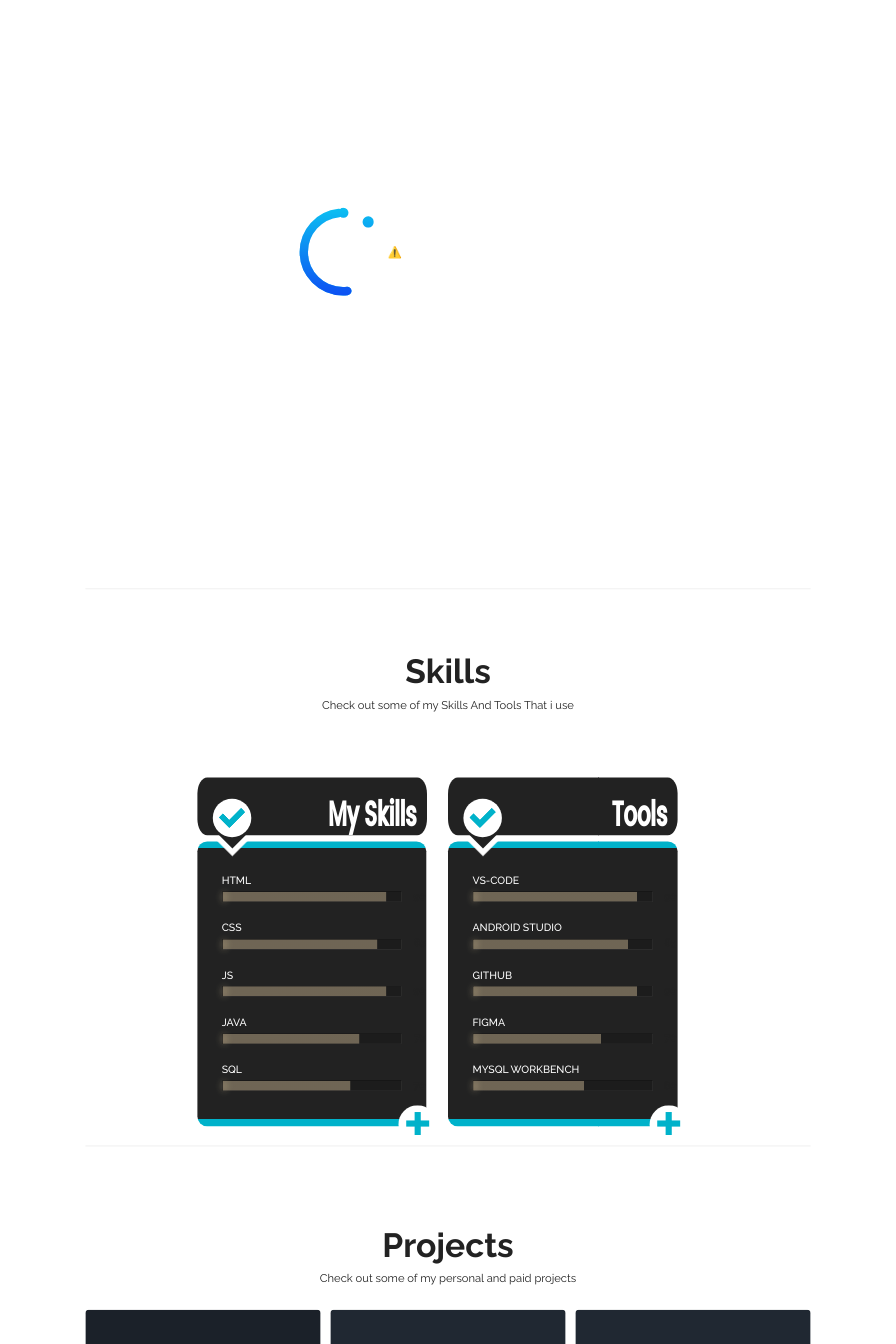
Repository: rahimmenadi/My-Website
Page: index.html
The author's editor kept a copy of each file at every save. The page is drawn from the files as they stood at one save, then again after the next save.
The browser window is 1280 px wide. The pictures show the part of the page from y = 0 to 1920 px (the page is 2803 px tall), at 70% of full size.
The page's requests for data from a server got no answer.

Above is the page before, as saved 2023-06-24 01:45:22.

After the next save:
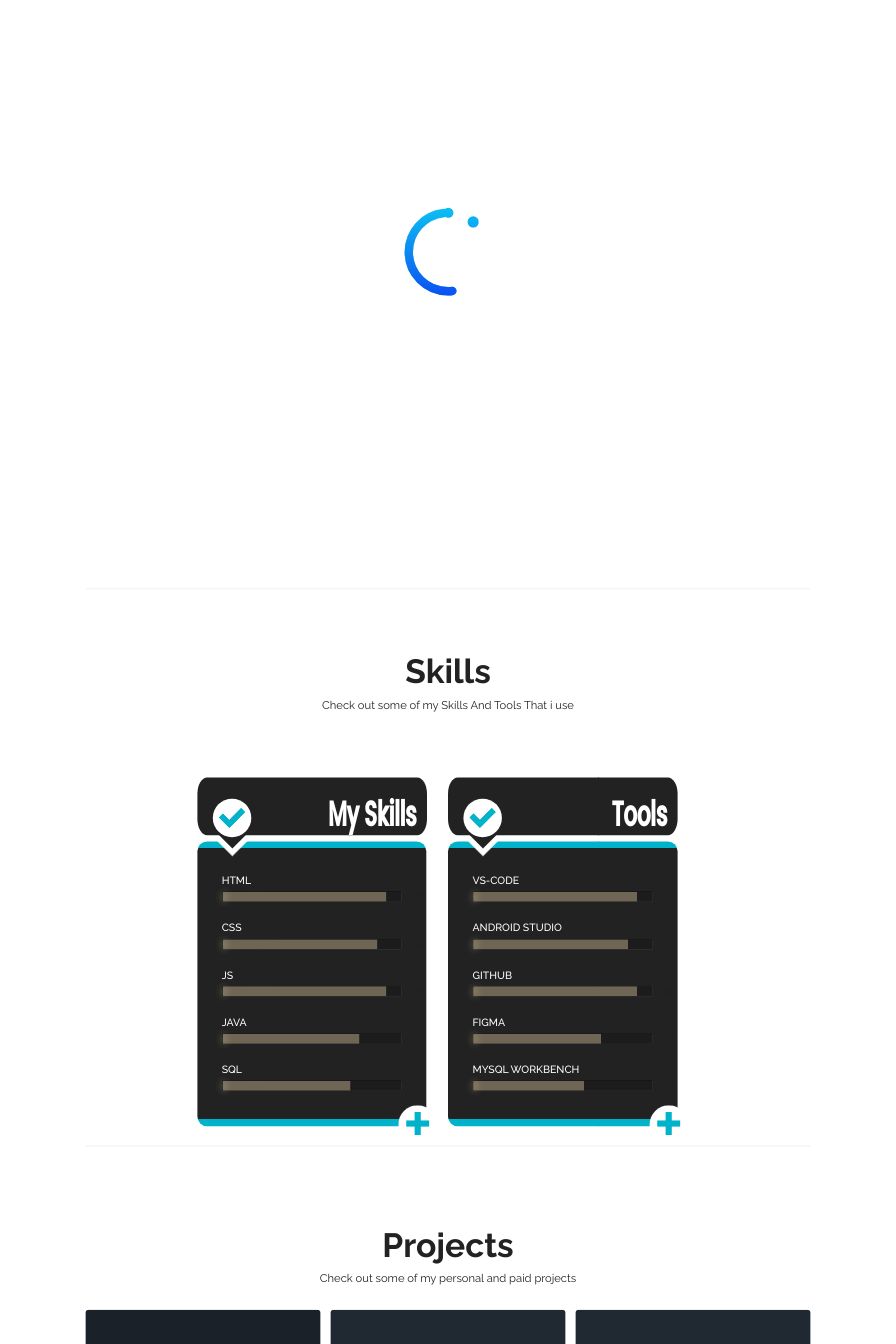
Saved 13 s later.
--- a/index.html
+++ b/index.html
@@ -82,8 +82,7 @@
         </g>
       </g>
     </svg>
-    <script src="https://unpkg.com/@lottiefiles/lottie-player@latest/dist/lottie-player.js"></script>
-    <lottie-player src="https://assets10.lottiefiles.com/packages/lf20_5s1rumi5.json"  background="transparent"  speed="1"  style="width: 300px; height: 300px;"  loop  autoplay></lottie-player>
+
   </div>
     <header id="hero">
       <!-- Navbar -->
